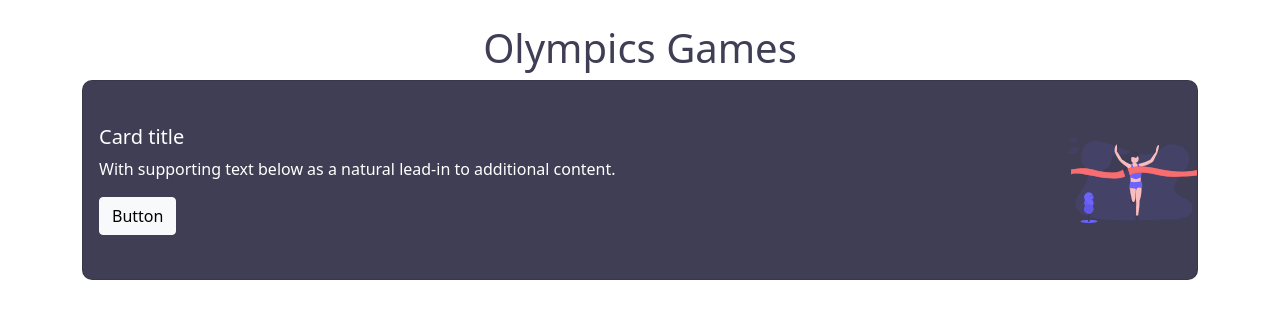
Repository: ahmedazawi/olympic_games
Page: client/views/index.html
An editor plug-in stored every save of this project. The page is shown before and after the next save, followed by the edit.
The browser window is 1280 px wide. The pictures show the whole page.

Above is the page before, as saved 2021-12-24 13:03:01.

After the next save:
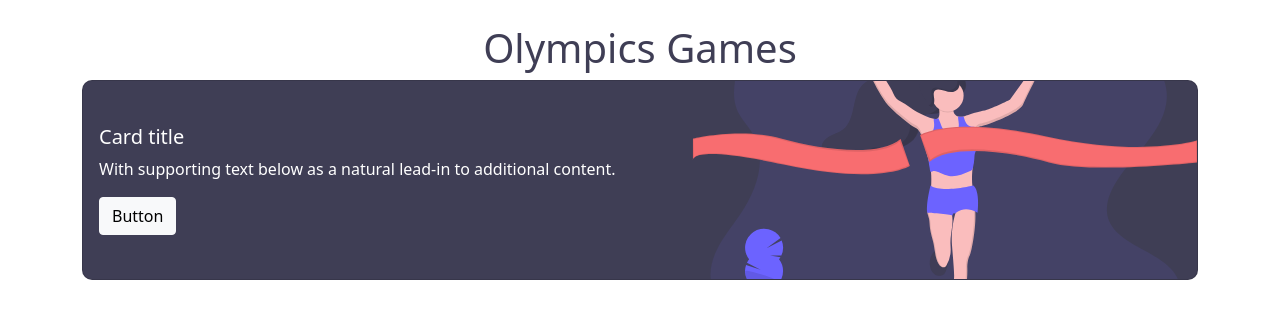
Saved 7 s later.
--- a/client/assets/css/index.css
+++ b/client/assets/css/index.css
@@ -19,5 +19,5 @@
   overflow: hidden;
 }
 .body-container .card img {
-  width: 10vw;
+  width: 40vw;
 }
